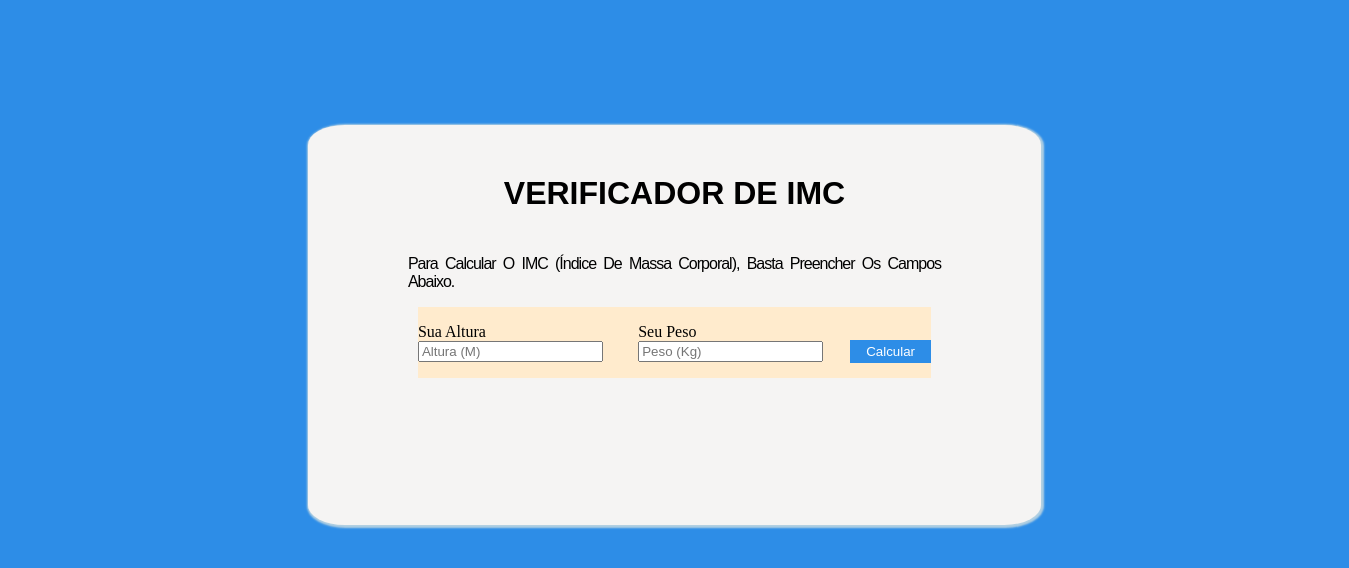
Repository: Ramonuriel/JS-Projetos
Page: Verificador de IMC/index.html
An editor plug-in stored every save of this project. The page is shown before and after a run of saves, followed by the edit.
The browser window is 1280 px wide. The page is 1349 px wide, so the pictures cover 1349 px, including what lies to the right of the window. The pictures show the whole page.

Above is the page before, as saved 2022-11-15 20:05:12.

After the next 2 saves:
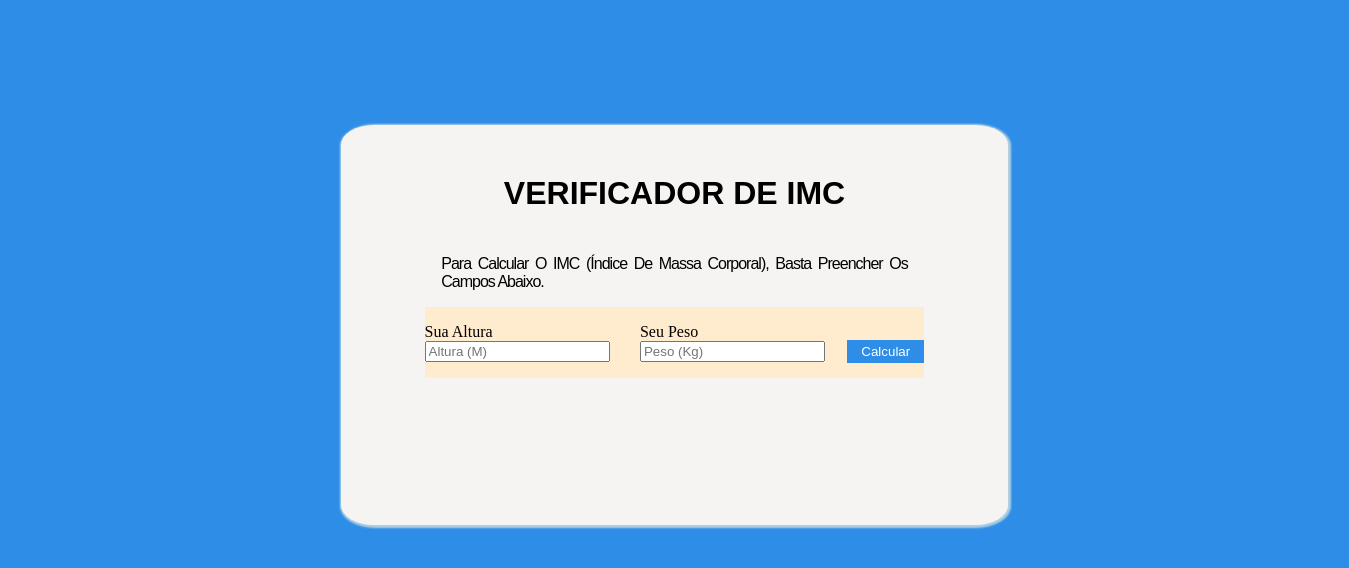
The 2 saves are shown as one change because they came seconds apart.
The last was saved 9 s later.
--- a/Verificador de IMC/CSS/style.css
+++ b/Verificador de IMC/CSS/style.css
@@ -32,7 +32,7 @@ body {
   display: flex;
   flex-direction: column;
   border-radius: 5%;
-  width: 55%;
+  width: 50%;
   height: 400px;
   background-color: rgb(245, 244, 243);
   box-shadow: 1px 1px 2px 2px rgb(178, 208, 226);
@@ -42,7 +42,7 @@ body {
 }
 
 .input {
-  width: 70%;
+  width: 75%;
   background-color: blanchedalmond;
   justify-content: center;
   display: inline-flex;
